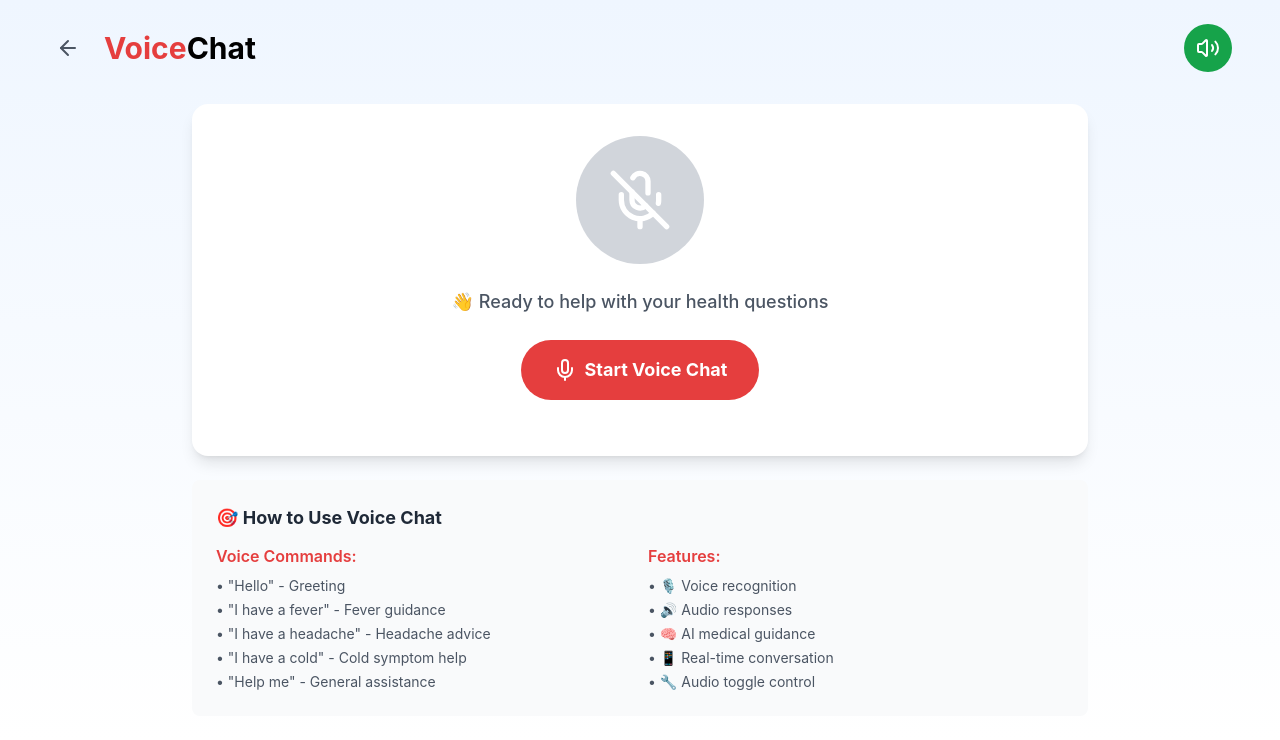
Repository: KarthikBalaji-007/telemedicine-frontend
Page: /voice (app in frontend_backup/medichat-frontend/)
These files come from the project's save history. The page is drawn as it stood at one moment and after the next save; the edit follows.
The browser window is 1280 px wide. The pictures show the whole page.
The project was rebuilt for these pictures with package versions that can differ from the ones it lists, and the page was loaded fresh each time. Also part of the build but not shown: frontend_backup/medichat-frontend/src/components/HomePage.jsx, frontend_backup/medichat-frontend/src/components/ChatInterface.jsx, frontend_backup/medichat-frontend/src/components/DiagnosisResult.jsx, frontend_backup/medichat-frontend/src/components/History.jsx.

Above is the page before, as saved 2025-08-13 22:45:02.

After the next save:
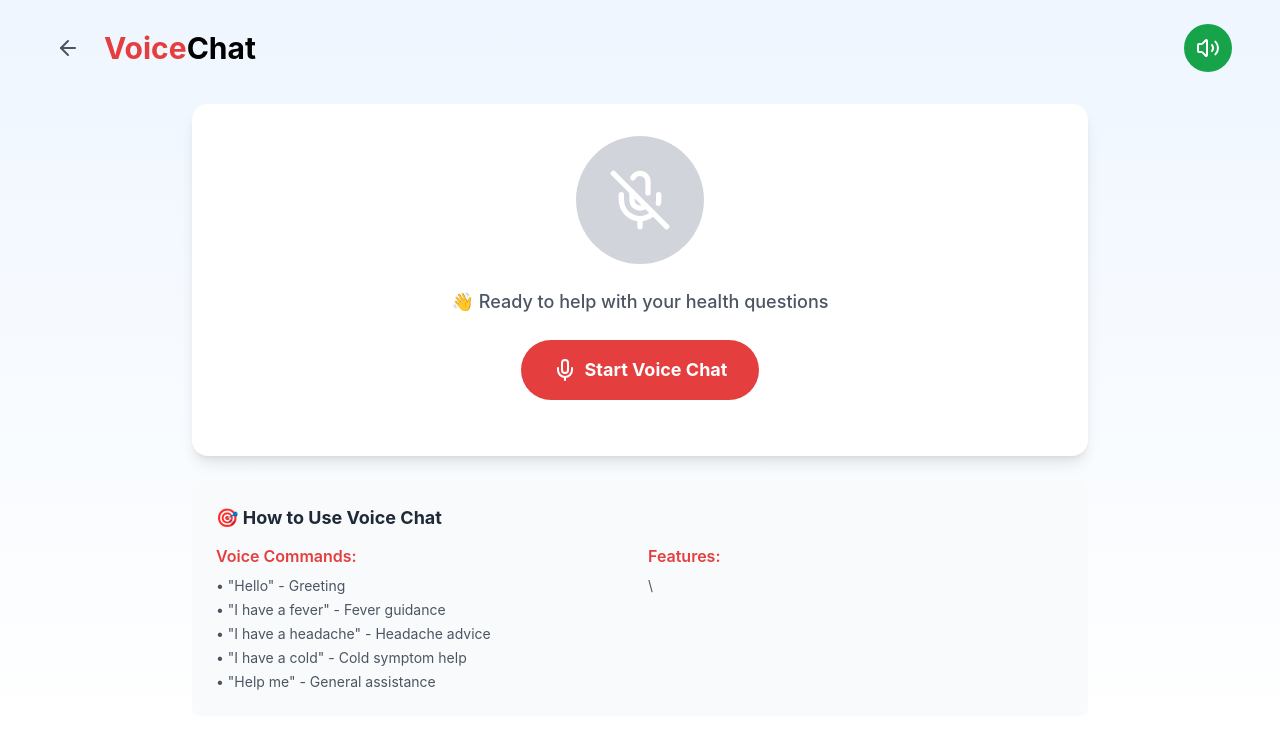
Saved 64 s later.
--- a/frontend_backup/medichat-frontend/src/components/VoiceToggle.jsx
+++ b/frontend_backup/medichat-frontend/src/components/VoiceToggle.jsx
@@ -377,11 +377,7 @@ const VoiceToggle = () => {
               <div>
                 <h4 className="font-semibold text-medical-red mb-2">Features:</h4>
                 <ul className="text-sm text-gray-600 space-y-1">
-                  <li>• 🎙️ Voice recognition</li>
-                  <li>• 🔊 Audio responses</li>
-                  <li>• 🧠 AI medical guidance</li>
-                  <li>• 📱 Real-time conversation</li>
-                  <li>• 🔧 Audio toggle control</li>
+                 \
                 </ul>
               </div>
             </div>
